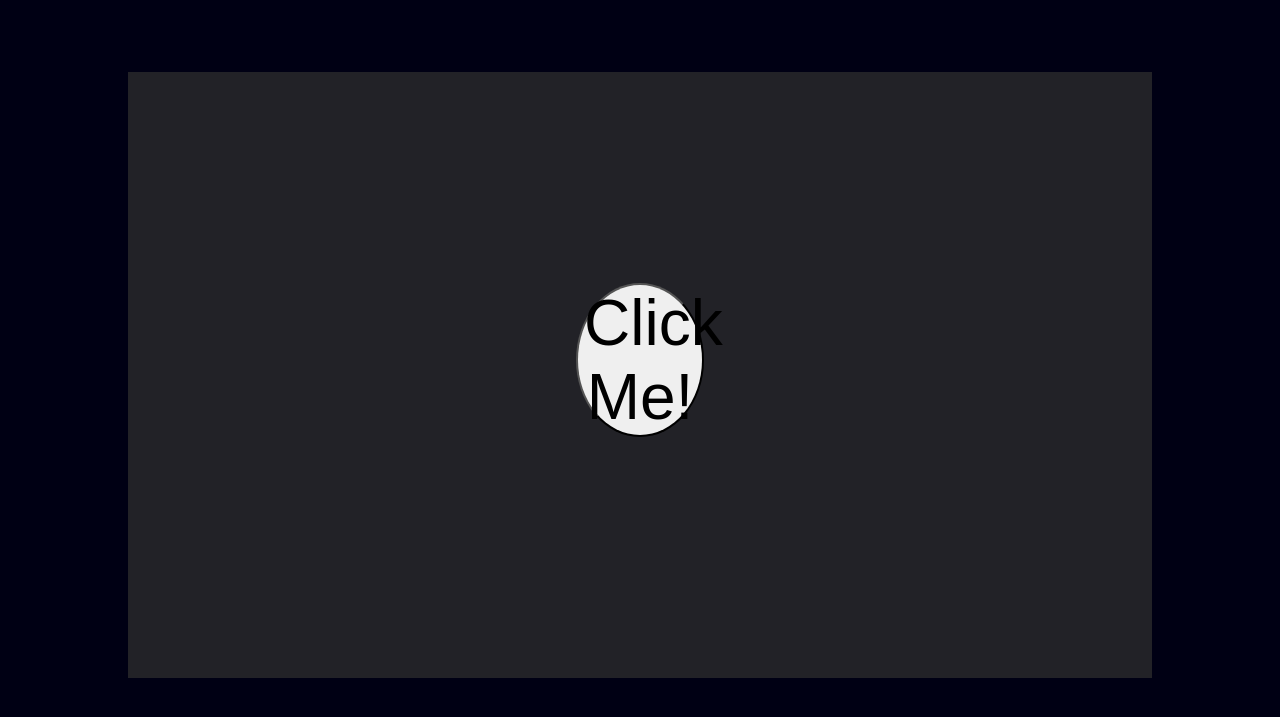
Repository: Francois-QUICODE/CSS-Micro-Projects
Page: Projects/02-Pulsating-Button.html
These files come from the project's save history. The page is drawn as it stood at one moment and after the next save; the edit follows.
The browser window is 1280 px wide. The pictures show the whole page.
Some web fonts or font styles are not loaded; a fallback is used.

Above is the page before, as saved 2020-11-29 14:04:53.

### Projects/02-Pulsating-Button.html
<!DOCTYPE html>
<html lang="fr">
  <head>
    <meta charset="UTF-8" />
    <title>Pulsating Button</title>
  </head>
  <body>
    <div class="container">
      <button class="pulsating-button">Click Me!</button>
      <div class="pulsation"></div>
    </div>
    <style>
      @import url("https://fonts.googleapis.com/css2?family=Alatsi&display=swap");

      body {
        background-color: #000014;
        width: 80vw;
        max-width: 1024px;
        margin: auto;
        color: #e5e1e1;
        padding-top: 10vh;
        font-family: "Alatsi", sans-serif;
      }

      .container {
        background-color: #222227;
        padding: 15px;
        display: flex;
        height: 80vh;
      }

      .pulsating-button,
      .pulsation {
        position: absolute;
        top: 50%;
        left: 50%;
        transform: translate(-50%, -50%);
        border-radius: 50%;
        font-size: 5vw;
        width: 10vw;
      }
    </style>
  </body>
</html>

After the next save:
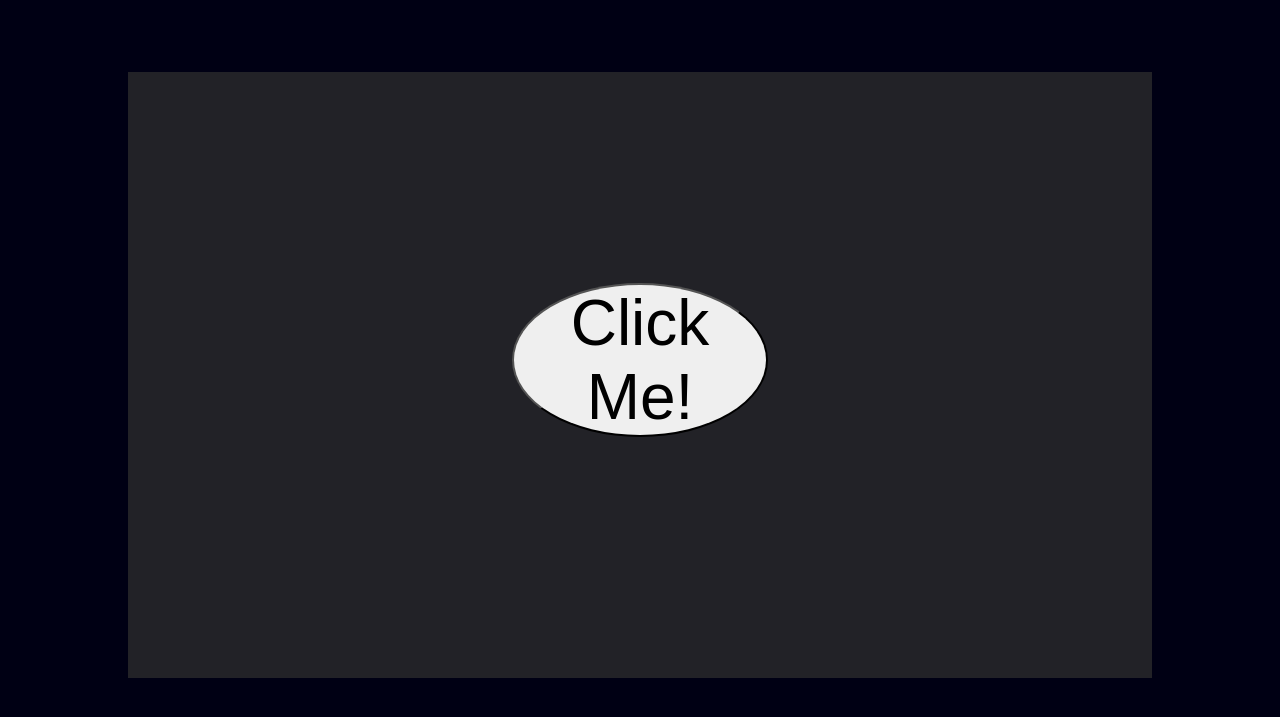
Saved 12 s later.
--- a/Projects/02-Pulsating-Button.html
+++ b/Projects/02-Pulsating-Button.html
@@ -37,7 +37,7 @@
         transform: translate(-50%, -50%);
         border-radius: 50%;
         font-size: 5vw;
-        width: 10vw;
+        width: 20vw;
       }
     </style>
   </body>
